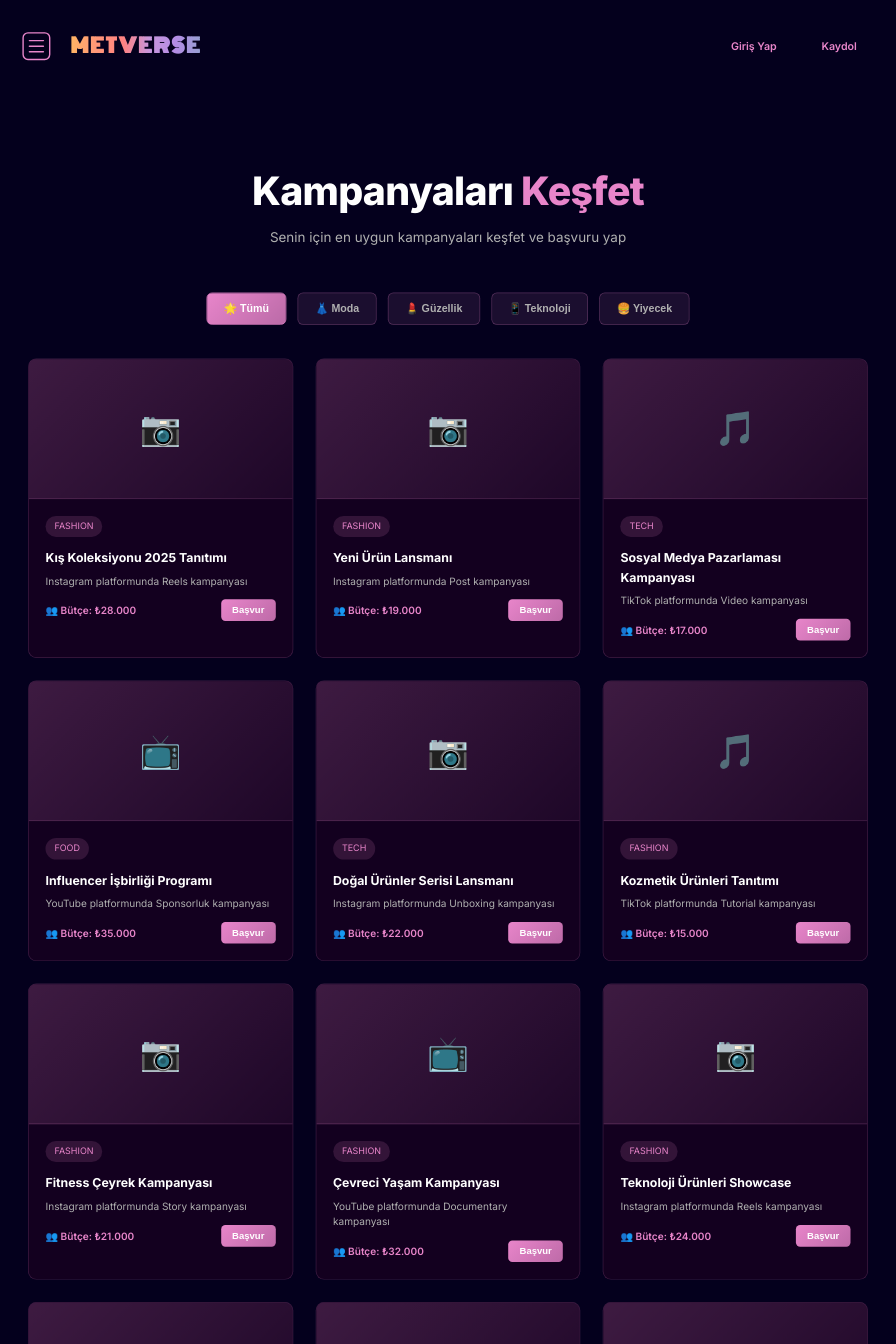
Repository: Selennguveen/metverse_website
Page: kesfetForInf.html
The author's editor kept a copy of each file at every save. The page is drawn from the files as they stood at one save, then again after the next save.
The browser window is 1280 px wide. The pictures show the part of the page from y = 0 to 1920 px (the page is 5489 px tall before and 5586 px after), at 70% of full size.

Above is the page before, as saved 2025-12-21 15:19:01.

After the next save:
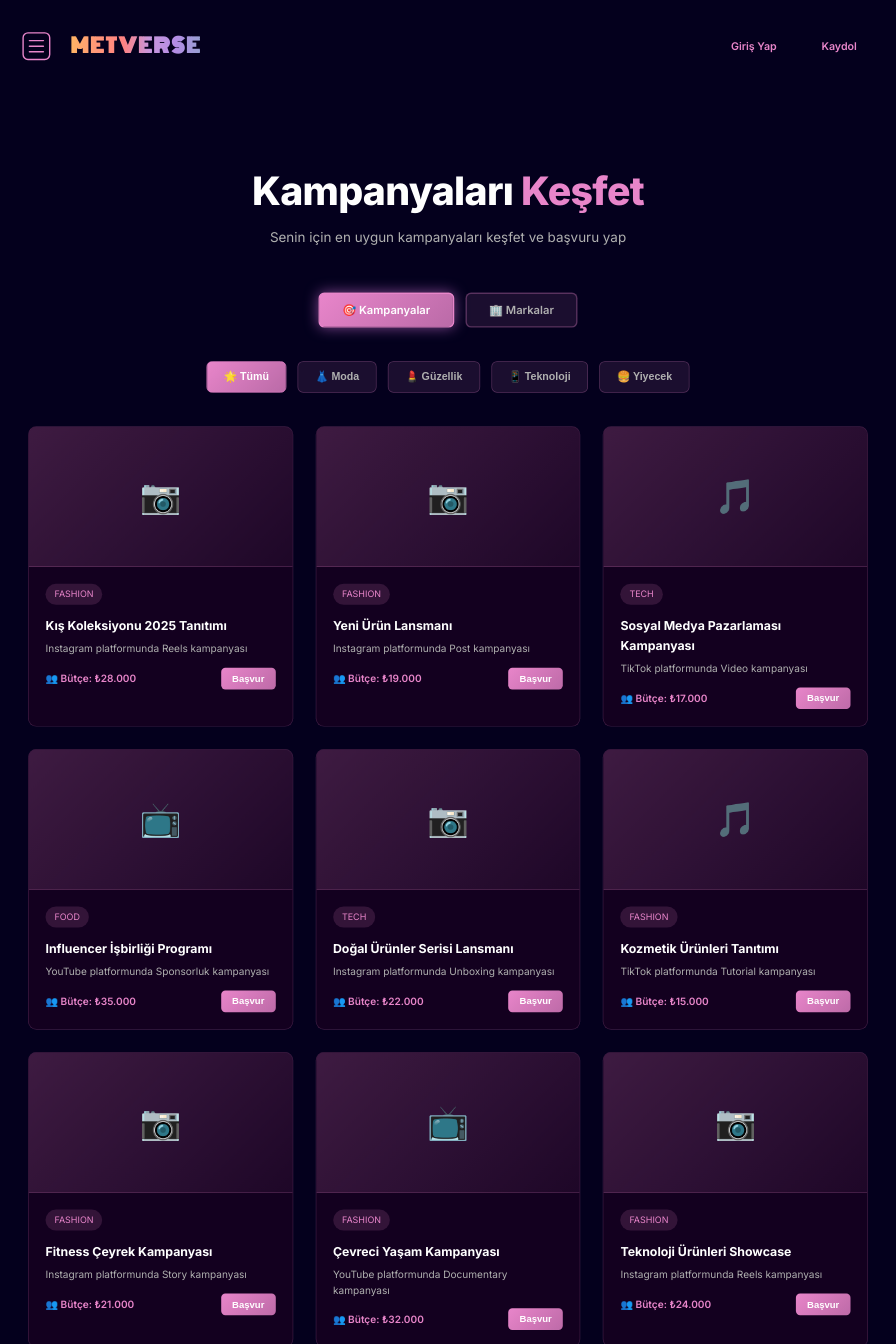
Saved 7 s later.
--- a/kesfetForInf.html
+++ b/kesfetForInf.html
@@ -292,22 +292,53 @@
         </div>
 
         <div class="kesfet-container">
-            <!-- Filtreler -->
-            <div class="kesfet-filters">
-                <button class="filter-btn active" onclick="filterCampaigns('all')">🌟 Tümü</button>
-                <button class="filter-btn" onclick="filterCampaigns('fashion')">👗 Moda</button>
-                <button class="filter-btn" onclick="filterCampaigns('beauty')">💄 Güzellik</button>
-                <button class="filter-btn" onclick="filterCampaigns('tech')">📱 Teknoloji</button>
-                <button class="filter-btn" onclick="filterCampaigns('food')">🍔 Yiyecek</button>
+            <!-- Tab Butonları -->
+            <div class="tab-buttons">
+                <button class="tab-btn active" onclick="switchTab('campaigns')">🎯 Kampanyalar</button>
+                <button class="tab-btn" onclick="switchTab('brands')">🏢 Markalar</button>
             </div>
 
-            <!-- Kampanyalar Grid'i -->
-            <div class="kesfet-grid" id="campaignGrid">
-                <!-- Kampanyalar burada listelenecek -->
-                <div class="empty-kesfet">
-                    <div class="empty-kesfet-icon">🔍</div>
-                    <h2>Kampanya yükleniyor...</h2>
-                    <p>Lütfen bekleyin, mevcut kampanyalar görüntülenecektir</p>
+            <!-- Kampanyalar Tab'ı -->
+            <div id="campaigns-tab" class="tab-content active">
+                <!-- Kampanya Filtreler -->
+                <div class="kesfet-filters">
+                    <button class="filter-btn active" onclick="filterCampaigns('all')">🌟 Tümü</button>
+                    <button class="filter-btn" onclick="filterCampaigns('fashion')">👗 Moda</button>
+                    <button class="filter-btn" onclick="filterCampaigns('beauty')">💄 Güzellik</button>
+                    <button class="filter-btn" onclick="filterCampaigns('tech')">📱 Teknoloji</button>
+                    <button class="filter-btn" onclick="filterCampaigns('food')">🍔 Yiyecek</button>
+                </div>
+
+                <!-- Kampanyalar Grid'i -->
+                <div class="kesfet-grid" id="campaignGrid">
+                    <!-- Kampanyalar burada listelenecek -->
+                    <div class="empty-kesfet">
+                        <div class="empty-kesfet-icon">🔍</div>
+                        <h2>Kampanya yükleniyor...</h2>
+                        <p>Lütfen bekleyin, mevcut kampanyalar görüntülenecektir</p>
+                    </div>
+                </div>
+            </div>
+
+            <!-- Markalar Tab'ı -->
+            <div id="brands-tab" class="tab-content">
+                <!-- Marka Filtreler -->
+                <div class="kesfet-filters">
+                    <button class="filter-btn active" onclick="filterBrands('all')">🌟 Tümü</button>
+                    <button class="filter-btn" onclick="filterBrands('fashion')">👗 Moda</button>
+                    <button class="filter-btn" onclick="filterBrands('beauty')">💄 Güzellik</button>
+                    <button class="filter-btn" onclick="filterBrands('tech')">📱 Teknoloji</button>
+                    <button class="filter-btn" onclick="filterBrands('other')">🎯 Diğer</button>
+                </div>
+
+                <!-- Markalar Grid'i -->
+                <div class="kesfet-grid" id="brandGrid">
+                    <!-- Markalar burada listelenecek -->
+                    <div class="empty-kesfet">
+                        <div class="empty-kesfet-icon">🔍</div>
+                        <h2>Marka yükleniyor...</h2>
+                        <p>Lütfen bekleyin, mevcut markalar görüntülenecektir</p>
+                    </div>
                 </div>
             </div>
         </div>
